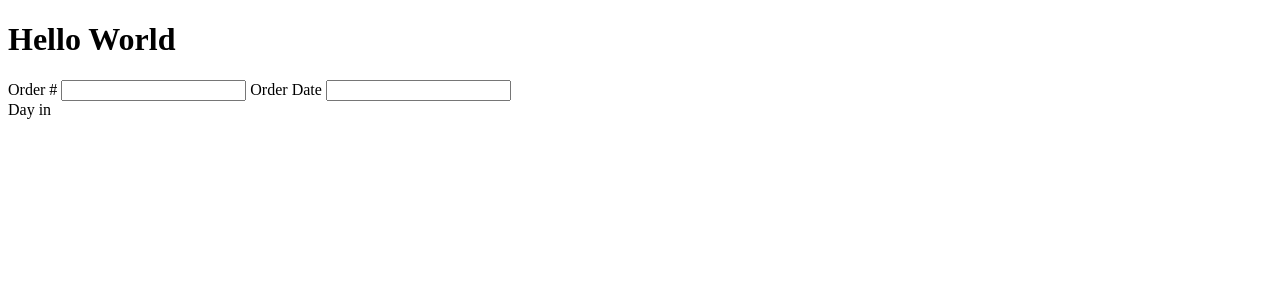
Repository: pmbyrd/rgp-catering
Page: index.html
These files come from the project's save history. The page is drawn as it stood at one moment and after a run of saves; the edit follows.
The browser window is 1280 px wide. The pictures show the whole page.

Above is the page before, as saved 2023-12-04 17:08:10.

### index.html
<!DOCTYPE html>
<html lang="en">

<head>
    <meta charset="UTF-8">
    <meta name="viewport" content="width=device-width, initial-scale=1.0">
    <title>Document</title>
</head>

<body>
    <h1>Hello World</h1>
    <form action="">
        <div class="details">
            <div class="order-details">
                <label for="order-id">Order #</label>
                <input type="text" id="order-id">
                <label for="order-date">Order Date</label>
                <input type="text" id="order-date">
            </div>
            <div class="details-info">
                <label for="order-day">Day</label>
                in
            </div>
        </div>
    </form>
    <script src="index.js"></script>
</body>

</html>

Loaded but not shown: index.js (no stored copy; drawn as an empty file)

After the next 2 saves:
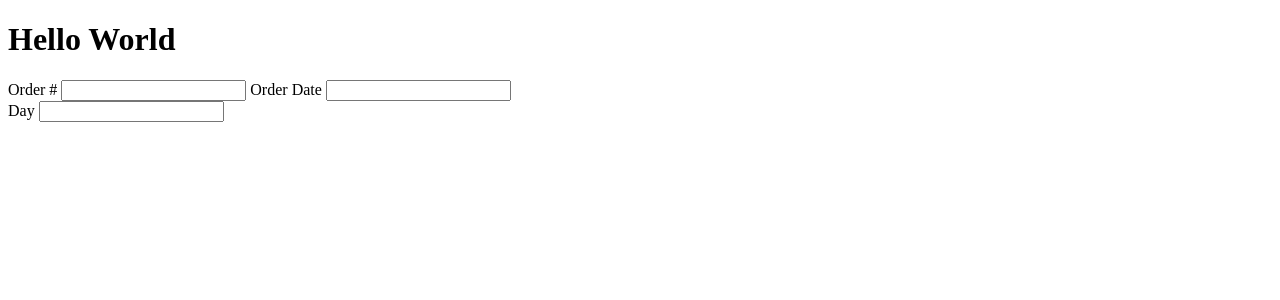
The 2 saves are shown as one change because they came seconds apart.
The last was saved 10 s later.
--- a/index.html
+++ b/index.html
@@ -19,7 +19,7 @@
             </div>
             <div class="details-info">
                 <label for="order-day">Day</label>
-                in
+                <input type="text" id="order-day">
             </div>
         </div>
     </form>
